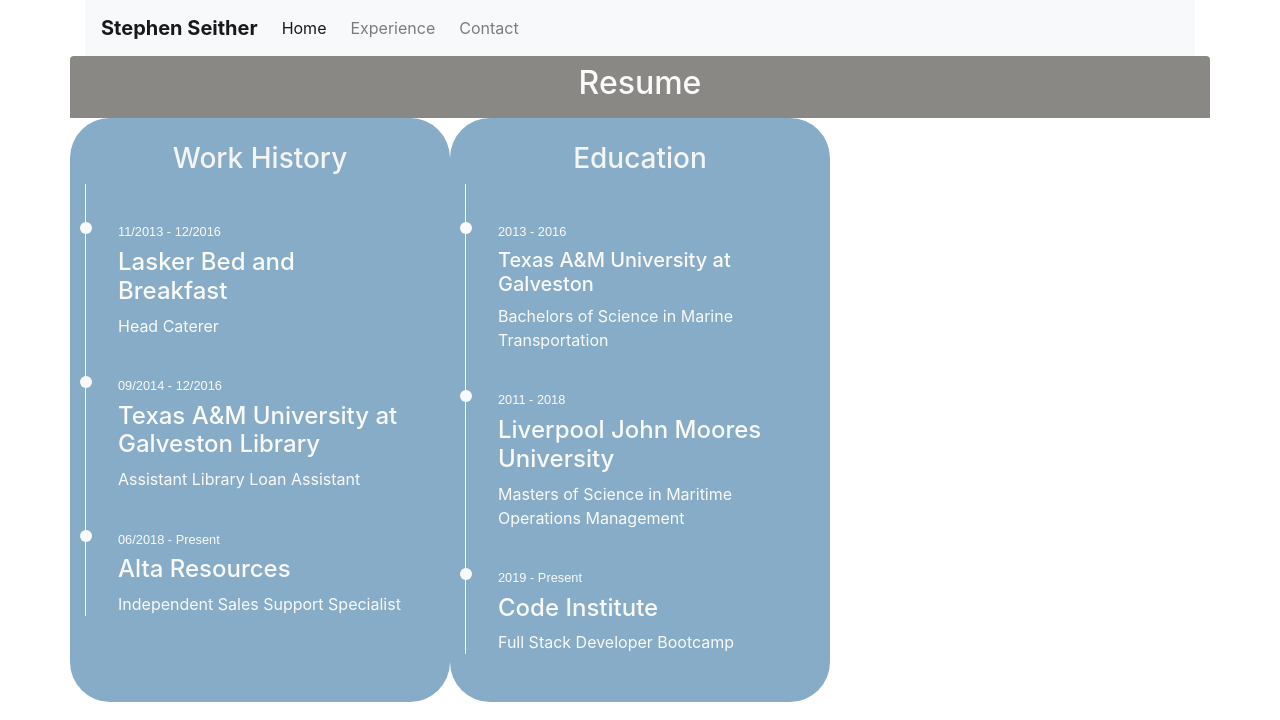
Repository: stephenseither/First-Milestone-Project
Page: experience.html
The author's editor kept a record of every edit. The page is drawn from the files as they stood at one moment, then again after the next edit.
The browser window is 1280 px wide. The pictures show the whole page.
Some web libraries are served in a nearby version.

Above is the page before.

After the next edit:
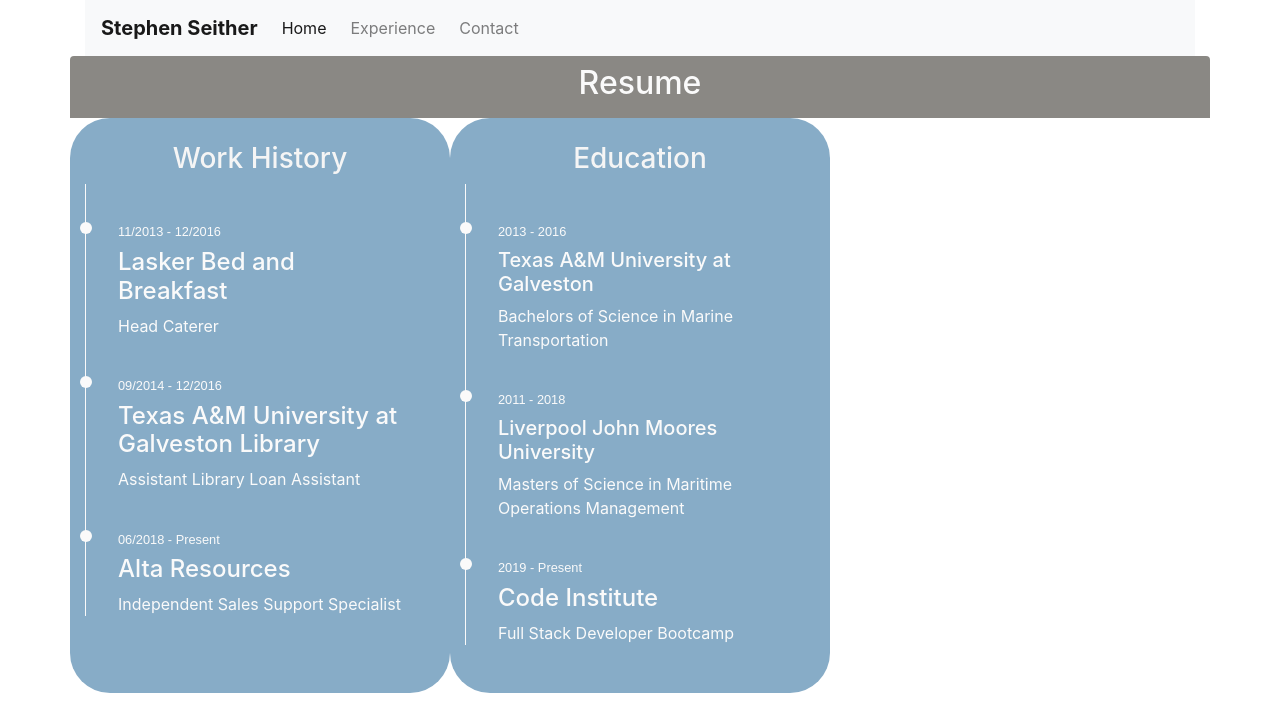
The edit:
--- a/experience.html
+++ b/experience.html
@@ -74,7 +74,7 @@
                     <p>Bachelors of Science in Marine Transportation</p>
                 </div>
                 <div class="school-item" data-dates="2011 - 2018">
-                    <h4>Liverpool John Moores University</h4>
+                    <h5>Liverpool John Moores University</h4>
                     <p>Masters of Science in Maritime Operations Management</p>
                 </div>
                 <div class="school-item" data-dates="2019 - Present">
